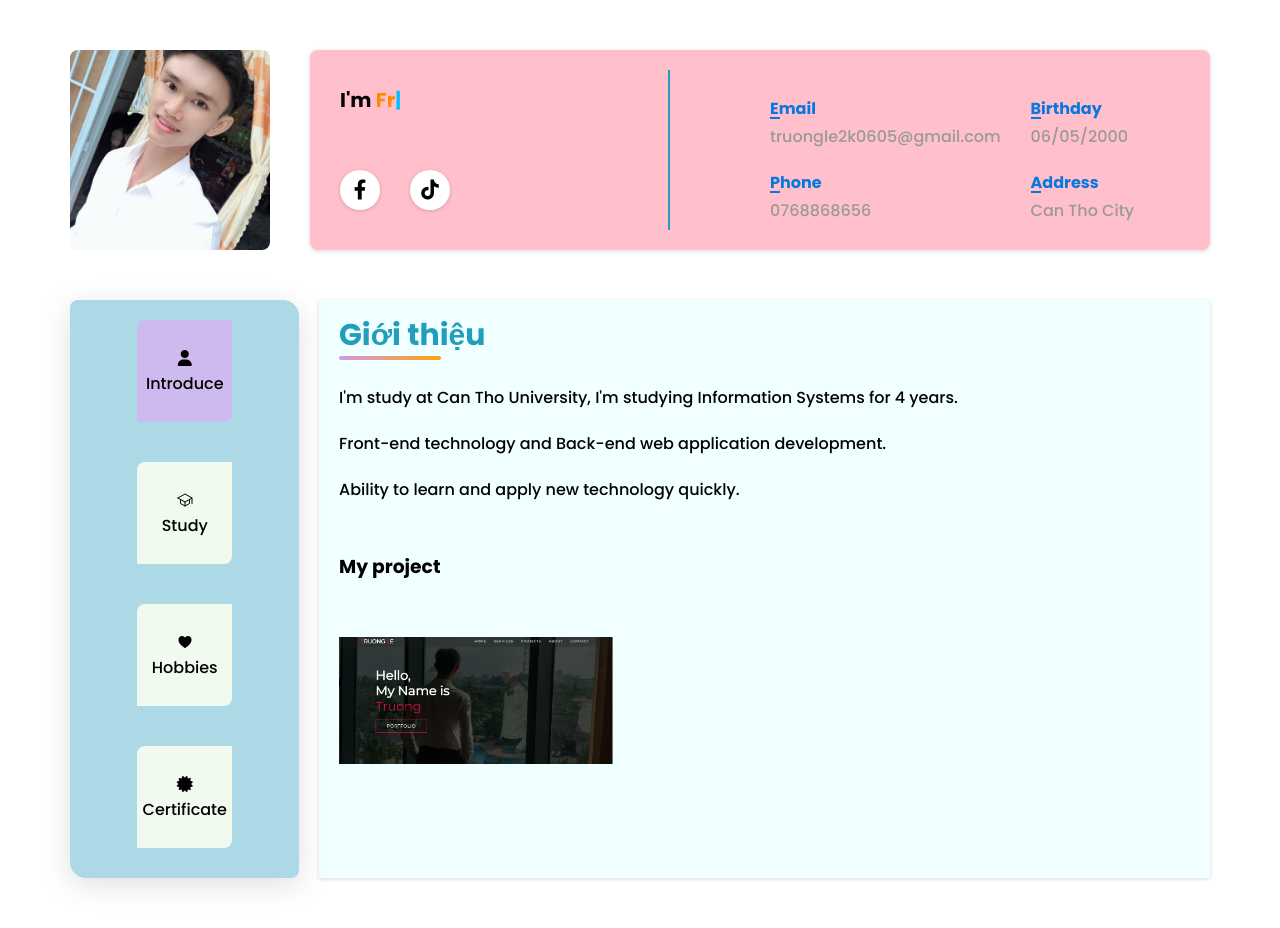
Repository: TruongLe2k0605/CodeCV
Page: cv.html
An editor plug-in stored every save of this project. The page is shown before and after the next save, followed by the edit.
The browser window is 1280 px wide. The pictures show the whole page.
Some web fonts or font styles are not loaded; a fallback is used. Some web libraries are served in a nearby version.

Above is the page before, as saved 2022-03-30 16:53:36.

After the next save:
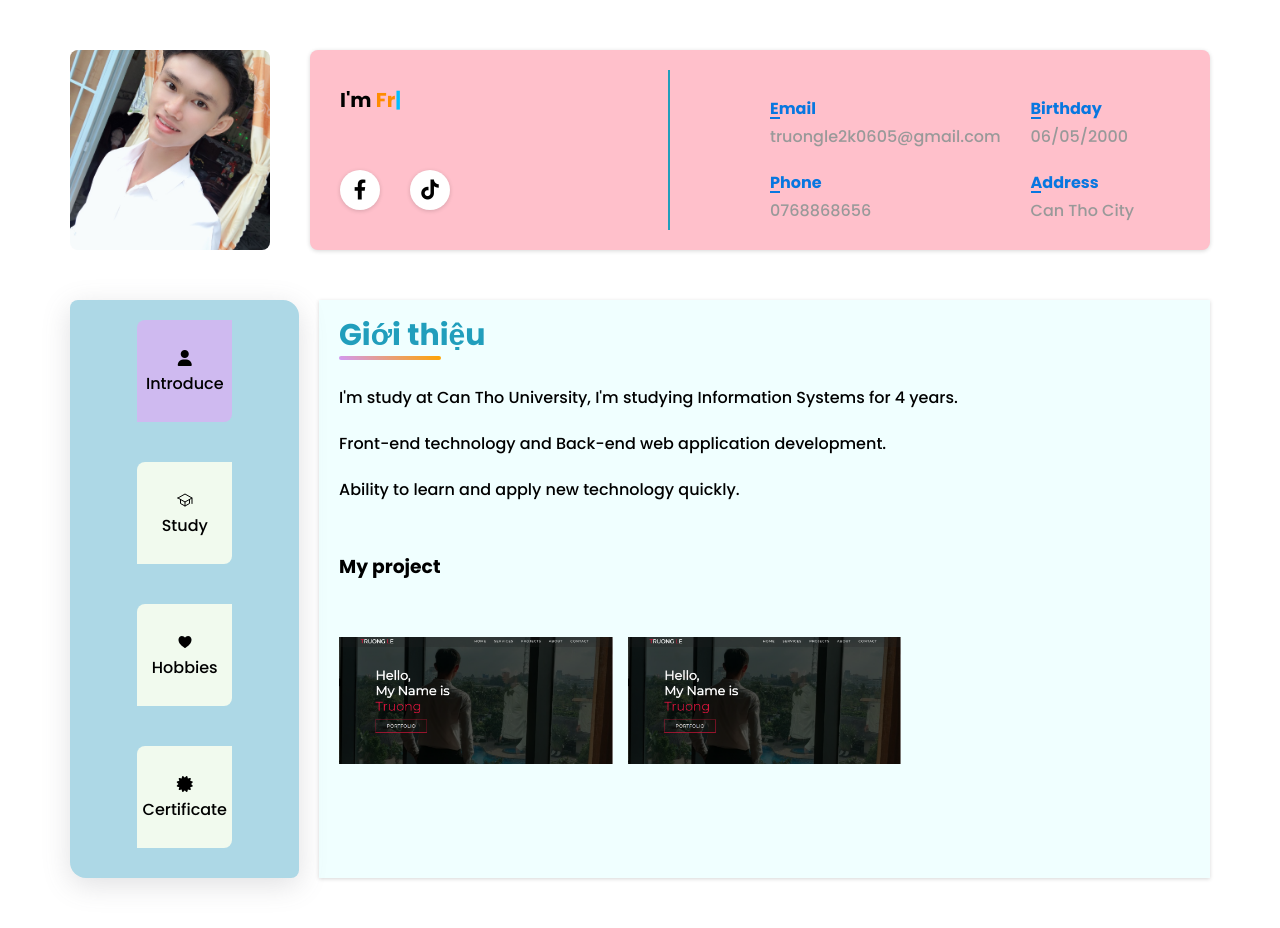
Saved 100 s later.
--- a/cv.html
+++ b/cv.html
@@ -127,6 +127,15 @@
                   <img src="./image/onepage.png" alt="" />
                 </a>
               </div>
+
+              <div class="project-item">
+                <a
+                  href="https://truongle2k0605.github.io/webpage/"
+                  class="project-link"
+                >
+                  <img src="./image/onepage.png" alt="" />
+                </a>
+              </div>
             </div>
           </li>
           <li class="information-item" data-idx="2">
